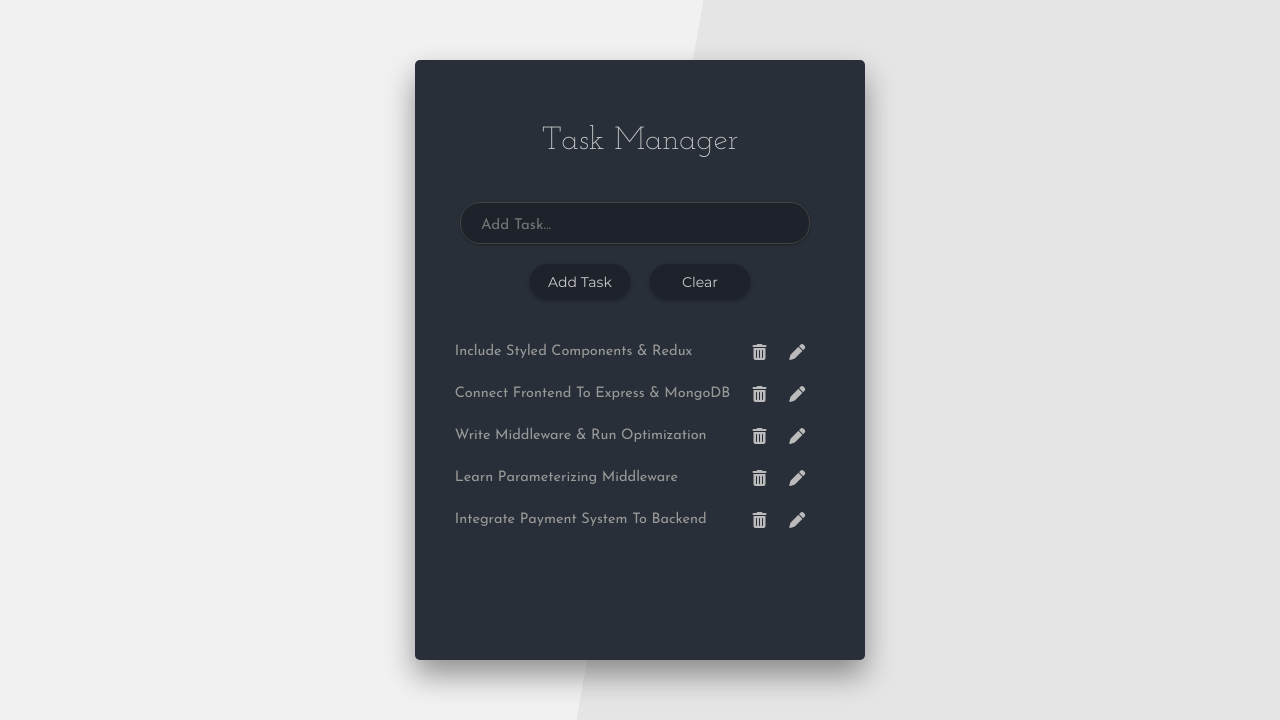
Repository: Kol124/react-task-manager
Page: /
The author's editor kept a copy of each file at every save. The page is drawn from the files as they stood at one save, then again after the next save.
The browser window is 1280 px wide. The pictures show the whole page.
Some web libraries are served in a nearby version. The project was rebuilt for these pictures with package versions that can differ from the ones it lists, and the page was loaded fresh each time.

Above is the page before, as saved 2021-06-22 20:26:33.

After the next save:
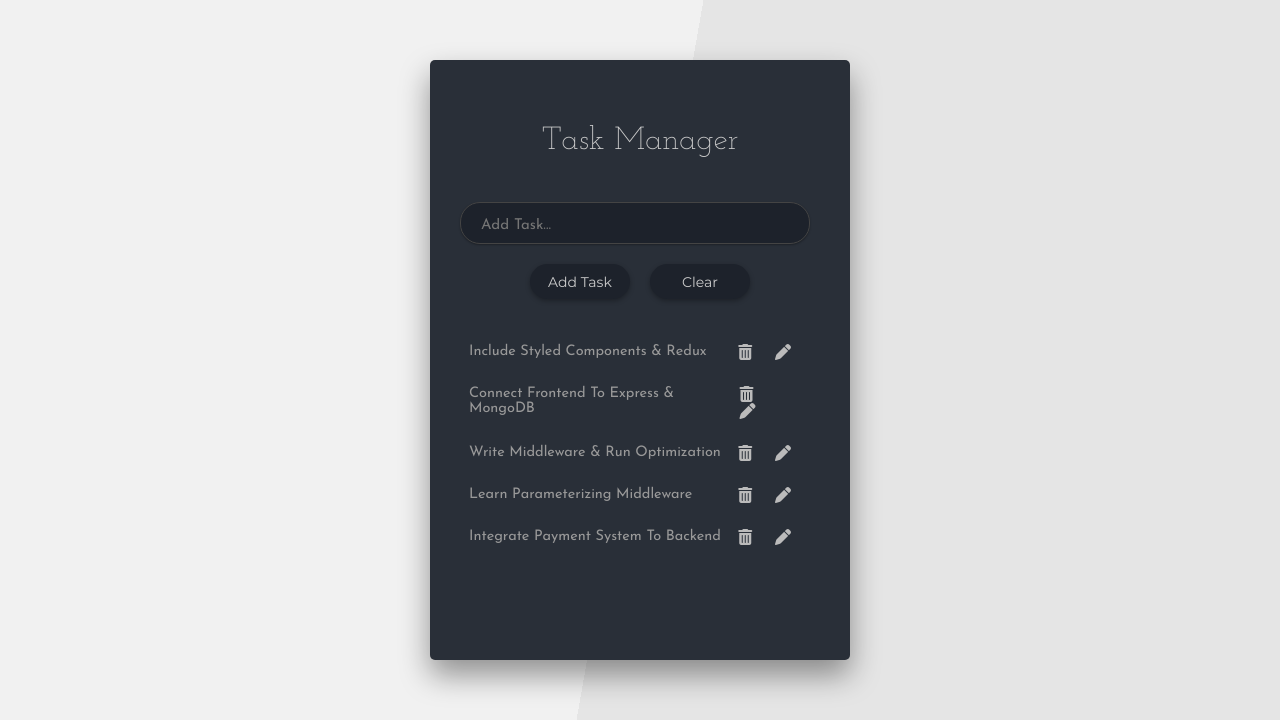
Saved 18 s later.
--- a/src/App.css
+++ b/src/App.css
@@ -27,7 +27,7 @@ html {
 .app-wrapper {
   background-color: #292f38;
   /* width: 25%; */
-  width: 45rem;
+  max-width: 45rem;
   height: 60rem;
   padding: 3rem;
   border-radius: 5px;
